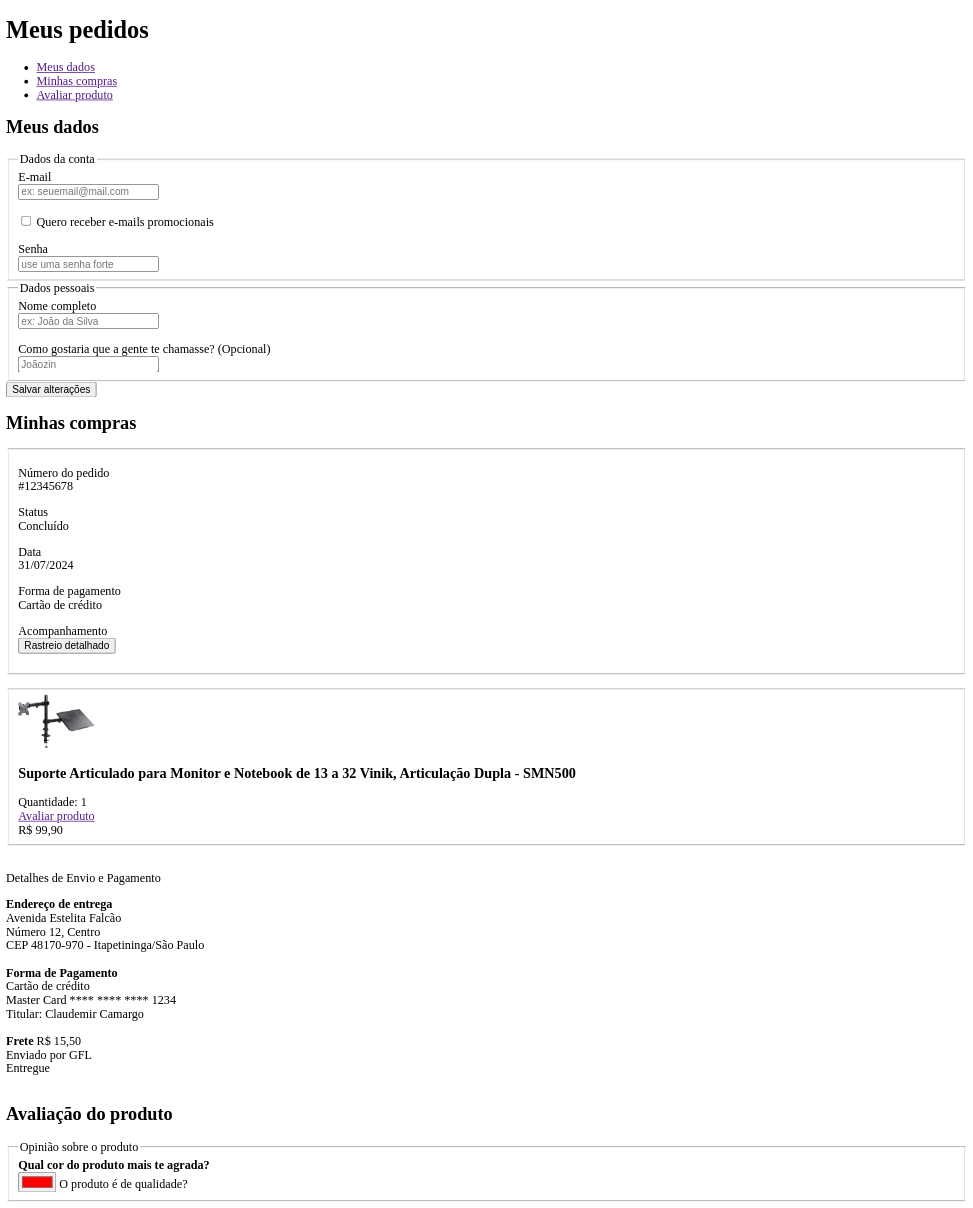
Repository: claudemir-camargo/site-compras
Page: index.html
An editor plug-in stored every save of this project. The page is shown before and after the next save, followed by the edit.
The browser window is 1280 px wide. The pictures show the whole page, at 76% of full size.

Above is the page before, as saved 2024-03-03 22:42:28.

After the next save:
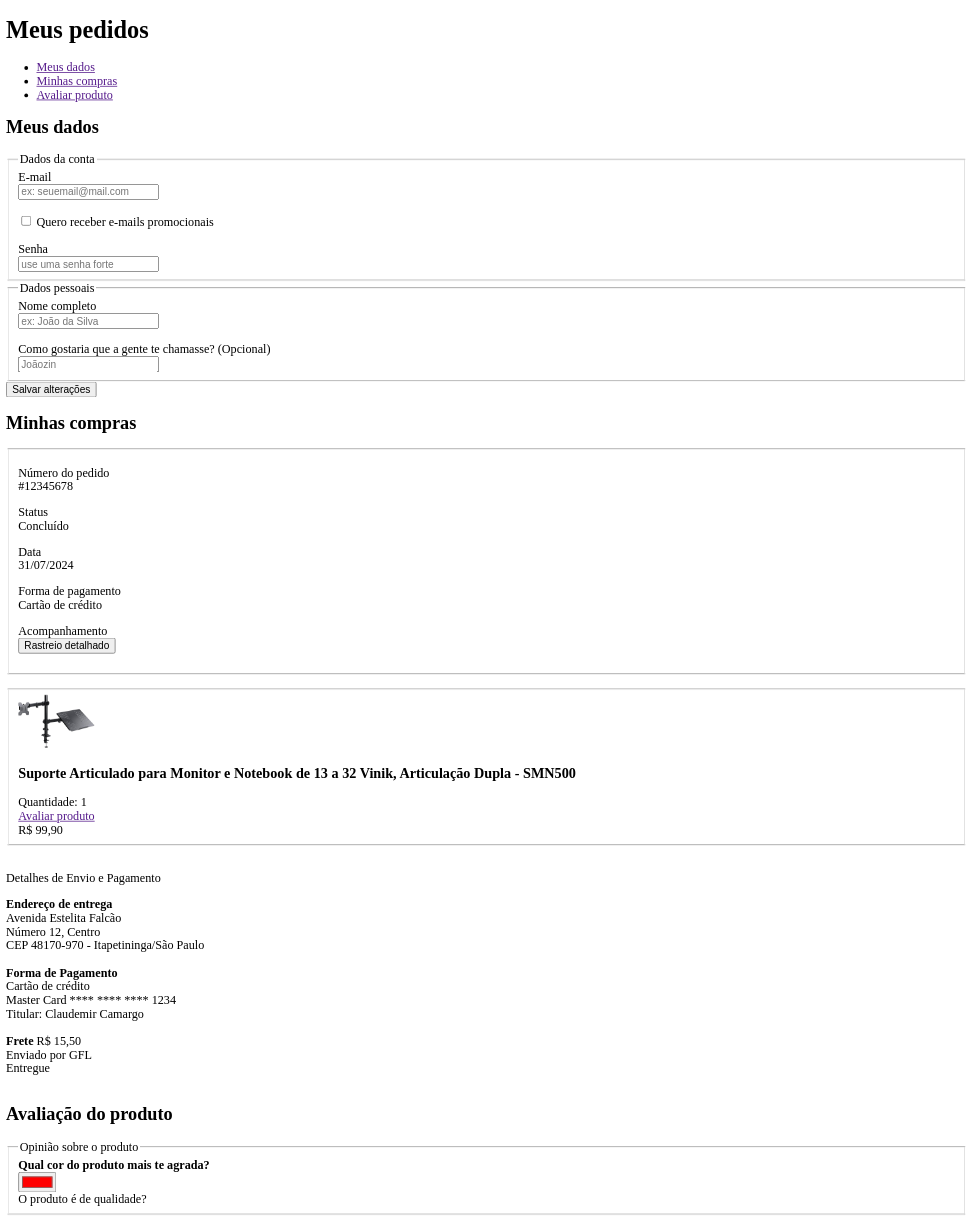
Saved 9 s later.
--- a/index.html
+++ b/index.html
@@ -82,7 +82,7 @@
         <legend>Opinião sobre o produto</legend>
         <form>
             <label><strong>Qual cor do produto mais te agrada?</strong></label><br>
-            <input type="color" value="#ff0000">
+            <input type="color" value="#ff0000"><br>
             <label>O produto é de qualidade?</label>
         </form>
 
